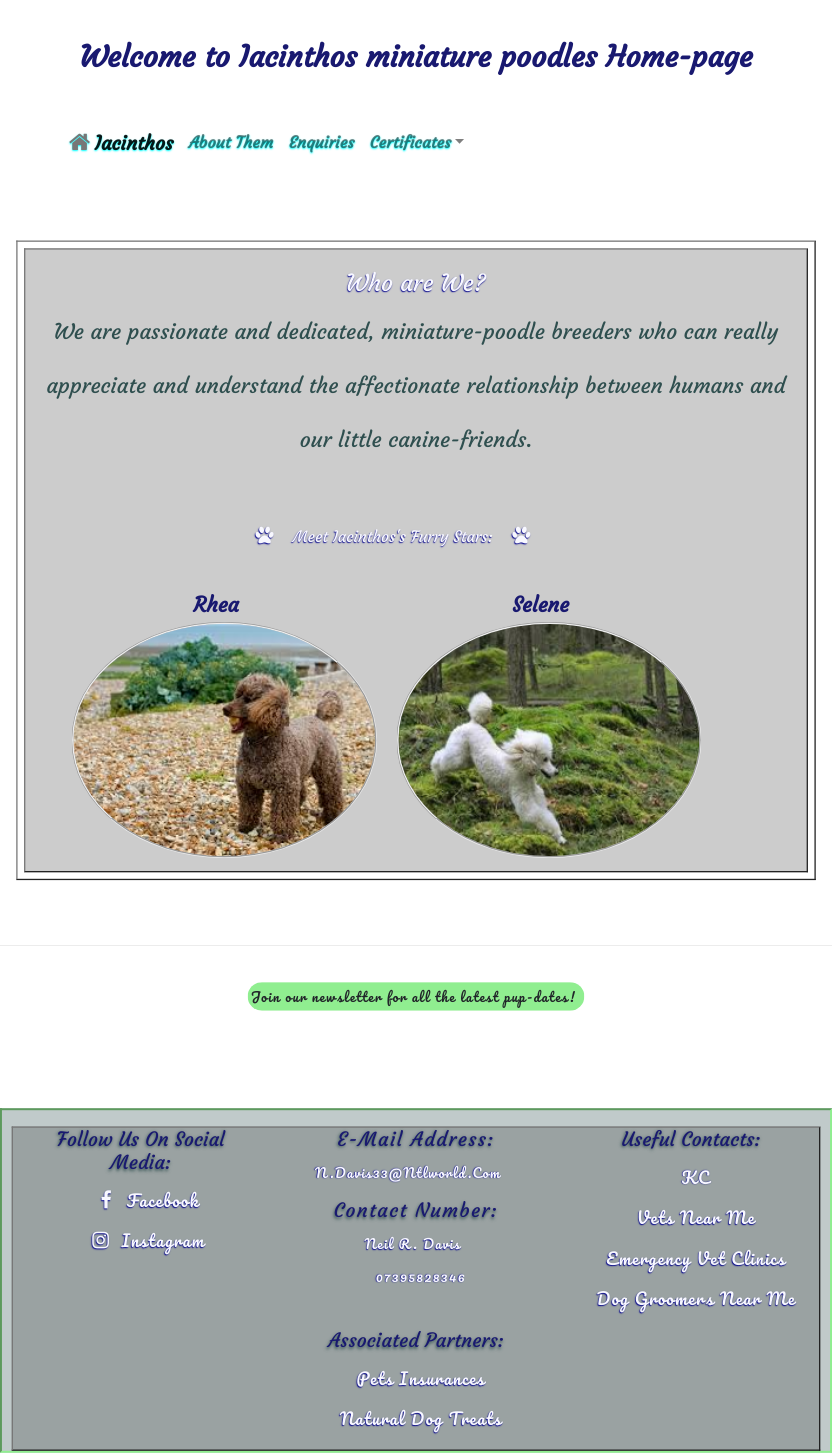
Repository: Code-Institute-Submissions/GeorgiosSklav-Iacinthos-blog
Page: index.html
The author's editor kept a record of every edit. The page is drawn from the files as they stood at one moment, then again after the next edit.
The browser window is 1280 px wide. The pictures show the whole page, at 65% of full size.

Above is the page before.

### index.html
<!DOCTYPE html>
<html lang="en">

<head>
    <meta charset="UTF-8">
    <meta name="viewport" content="width=device-width, initial-scale=1.0">
    <meta http-equiv="X-UA-Compatible" content="ie=edge">
    <link rel="stylesheet" href="https://stackpath.bootstrapcdn.com/bootstrap/4.3.1/css/bootstrap.min.css " integrity="sha384-ggOyR0iXCbMQv3Xipma34MD+dH/1fQ784/j6cY/iJTQUOhcWr7x9JvoRxT2MZw1T " crossorigin="anonymous">
    <title>Iacinthos mini Poodles</title>
    <link rel="stylesheet" href="https://stackpath.bootstrapcdn.com/font-awesome/4.7.0/css/font-awesome.min.css" integrity="sha384-wvfXpqpZZVQGK6TAh5PVlGOfQNHSoD2xbE+QkPxCAFlNEevoEH3Sl0sibVcOQVnN" crossorigin="anonymous">
    <link rel="stylesheet" href="style.css" type="text/css" />
</head>

<body>

    <!--Header-->

    <header class="container">
        <div class="row align-items-start homepage">
            <div class="col-12 logo">
                <h1>Welcome to Iacinthos miniature poodles Home-page</h1>
            </div>
        </div>
        <nav class="navbar navbar-light navbar-expand-sm">
            <div class="navbar-brand"><i class="fa fa-home"></i>Iacinthos</div>
            <button class="navbar-toggler ml-auto" type="button" data-toggle="collapse" data-target="#navbarNavDropdown" aria-controls="navbarNavDropdown">
            <span class="navbar-toggler-icon"></span></button>
            <div class="collapse navbar-collapse" id="navbarNavDropdown">
                <ul class="navbar-nav mt-auto mt-2 mt-lg-0">
                    <li class="nav-item item2 mr-2"><a class="nav-link" href="about-them.html">About Them</a></li>
                    <li class="nav-item mr-2"><a class="nav-link" href="request-form.html">Enquiries</a></li>
                    <li class="nav-item dropdown">
                        <div class="nav-link dropdown-toggle" id="navbarDropdownMenuLink" role="button" data-toggle="dropdown" aria-haspopup="true" aria-expanded="false">
                            Certificates</div>
                        <div class="dropdown-menu" aria-labelledby="navbarDropdownMenuLink">
                            <a class="dropdown-item" target="_blank" href="./Media/certificate.pdf"><i class="fa fa-download"></i>Kennel Club</a>
                            <a class="dropdown-item" target="_blank" href="./Media/lineage1.pdf"><i class="fa fa-download"></i>Blood-Lineage</a>
                        </div>
                    </li>
                </ul>
            </div>
        </nav>
    </header>

    <!--main-body-->

    <main>
        <div class="jumbotron-fluid about" id="frame">
            <div class="background-overlay">
                <div class="about">
                    <h3 class="about-title">Who are We?</h3>
                    <p>We are passionate and dedicated, miniature-poodle breeders who can really appreciate and understand the affectionate relationship between humans and our little canine-friends.</p>
                </div>

                <div class="container">
                    <div class="row introduction">
                        <div class="col-12 container-title capitalise">
                            <h4><i class="fa fa-paw" aria-hidden="true"></i>Meet Iacinthos's furry stars:<i class="fa fa-paw" aria-hidden="true"></i></h4>
                        </div>
                        <div class="col-10 offset-1 offset-sm-0 col-sm-6 offset-md-0 col-md-6">
                            <h5 class="dog-name">Rhea</h5>
                            <img src="./Media/photos/selene.jpg" class="img-50" alt="dog-white">
                        </div>
                        <div class="col-10 offset-1 offset-sm-0 col-sm-6 offset-md-0 col-md-6">
                            <h5 class="dog-name">Selene</h5>
                            <img src="./Media/photos/forest.jpg" class="img-50" alt="dog-brown">
                        </div>
                    </div>
                </div>
            </div>
        </div>
        <hr>

        <!--Modal-->

        <button type="button" class="btn btn-color" data-toggle="modal" data-target="#exampleModal">
  Join our newsletter for all the latest pup-dates!
</button>
        <div class="modal fade" id="exampleModal" tabindex="-1" role="dialog" aria-labelledby="exampleModalLabel" aria-hidden="true">
            <div class="modal-dialog" role="document">
                <div class="modal-content">
                    <div class="modal-header">
                        <h5 class="modal-title" id="exampleModalLabel">Join our family with a flick of your paw!</h5>
                        <button type="button" class="close" data-dismiss="modal" aria-label="Close">
                     <span aria-hidden="true">&times;</span>
        </button>
                    </div>
                    <div class="modal-body">
                        <form class="modal-newsletter">
                            <div class="form-group ">
                                <input type="email" class="form-control" id="InputEmail2" aria-describedby="InputEmail2" placeholder="Your Woof-mail....">
                            </div>
                            <div class="form-group">
                                <input type="password" class="form-control" id="InputPassword2" placeholder="....and a Woof-password">
                            </div>
                            <div class="form-group form-check">
                                <input type="checkbox" class="form-check-input" id="Check1">
                                <label class="form-check-label" for="Check1">Remember me</label>
                            </div>
                        </form>
                    </div>
                    <div class="modal-footer">
                        <button type="button" class="btn btn-danger" data-dismiss="modal">Close</button>
                        <button type="button" class="btn btn-info">Subscribe</button>
                    </div>
                </div>
            </div>
        </div>
    </main>

    <!--footer-->

    <footer class="container-fluid footer">
        <div class="background-overlay">
            <div class="row">
                <div class="col-12 col-md-3 col-lg-3">
                    <h4 class="social-title capitalise">Follow us on social media:</h4>
                    <ul class="social-links">
                        <li>
                            <a target="_blank" href="https://www.facebook.com/neil.davis.9862">
                            <i class="fa fa-facebook"></i>
                            <span>Facebook</span>
                        </a>
                        </li>
                        <li>
                            <a target="_blank" href="https://instagram.com/neilr.davis?igshid=wmi0mqp5d2se">
                            <i class="fa fa-instagram"></i>
                            <span>Instagram</span>
                        </a>
                        </li>
                    </ul>
                </div>
                 <div class="col-12 col-md-3 col-lg-3 contacts">
                    <h4 class="social-title capitalise">e-mail address:</h4>
                    <p class="capitalise social-links">
                        n.davis33@ntlworld.com
                    </p>
                    <h4 class="social-title capitalise">Contact number:</h4>
                    <ul class="social-links">
                        <li class="social-links capitalise">
                            neil r. davis
                        </li>
                        <li class="capitalise">
                            07395828346
                        </li>
                    </ul>
                </div>
                <div class="col-12 col-md-3 col-lg-3">
                    <h4 class="social-title capitalise">Useful contacts:</h4>
                    <ul class="social-links">
                        <li>
                            <a target="_blank" href="https://www.thekennelclub.org.uk/">
                            <span class="capitalise">KC</span>
                        </a>
                        </li>
                        <li>
                            <a target="_blank" href="https://www.google.com/search?q=vet+near+me&oq=vet+near&aqs=chrome.0.0j69i57j0l4.4119j0j7&sourceid=chrome&ie=UTF-8">
                            <span class="capitalise">Vets near me</span>
                        </a>
                        </li>
                        <li>
                            <a target="_blank" href="https://www.google.com/search?q=emergency+vet+clinic+near+me&oq=emergency+vet&aqs=chrome.4.69i57j0l5.15430j0j7&sourceid=chrome&ie=UTF-8">
                            <span class="capitalise">Emergency vet clinics</span>
                        </a>
                        </li>
                        <li>
                            <a target="_blank" href="https://www.google.com/search?q=dog+groomer+near+me&oq=dog+groomer&aqs=chrome.1.69i57j0l5.4790j0j7&sourceid=chrome&ie=UTF-8">
                            <span class="capitalise">Dog groomers near me</span>
                        </a>
                        </li>
                    </ul>
                </div>
                <div class="col-12 col-md-3 col-lg-3">
                    <h4 class="social-title capitalise">Associated partners:</h4>
                    <ul class="social-links">
                        <li>
                            <a target="_blank" href="https://www.google.com/search?q=pet+insurance+near+me&oq=pet+ins&aqs=chrome.2.0j69i57j0l4.6094j0j7&sourceid=chrome&ie=UTF-8">
                            <span class="capitalise">pets insurances</span>
                        </a>
                        </li>
                        <li>
                            <a target="_blank" href="https://www.doglistener.co.uk/catalog/natural-dog-treats-0">
                            <span class="capitalise">natural dog treats</span>
                        </a>
                        </li>
                    </ul>
                </div>

            </div>
        </div>
    </footer>

    <script src="https://code.jquery.com/jquery-3.3.1.slim.min.js" integrity="sha384-q8i/X+965DzO0rT7abK41JStQIAqVgRVzpbzo5smXKp4YfRvH+8abtTE1Pi6jizo" crossorigin="anonymous"></script>
    <script src="https://cdnjs.cloudflare.com/ajax/libs/popper.js/1.14.7/umd/popper.min.js" integrity="sha384-UO2eT0CpHqdSJQ6hJty5KVphtPhzWj9WO1clHTMGa3JDZwrnQq4sF86dIHNDz0W1" crossorigin="anonymous"></script>
    <script src="https://stackpath.bootstrapcdn.com/bootstrap/4.3.1/js/bootstrap.min.js" integrity="sha384-JjSmVgyd0p3pXB1rRibZUAYoIIy6OrQ6VrjIEaFf/nJGzIxFDsf4x0xIM+B07jRM" crossorigin="anonymous"></script>
</body>

</html>

### style.css
@import url('https://fonts.googleapis.com/css?family=Courgette:100,200,300,400,500,600,700|Pacifico:100,200,300,400,500,600,700');

/*------------------------------------------------body background*/

body {
    line-height: 2.5;
    text-align: center;
}

.background-overlay {
    position: relative;
    height: 100%;
    width: 100%;
    padding: 0;
    background-color: rgba(0, 0, 0, 0.2);
    border: 2px outset #777;
}

h1 {
    font-family: "Courgette", sans-serif;
    font-weight: 700;
    font-size: 45px;
    color: #191970;
    margin-top: 35px;
    margin-bottom: 5px;
    padding-top: 25px;
}

.heading {
    margin: 25px;
}

.capitalise {
    text-transform: capitalize;
}

/*------------------------------------------------Navbar*/

.navbar {
    word-wrap: normal;
   margin-bottom: 100px;
   margin-top: 50px;
}

.navbar-light {
    font-family: 'Courgette', sans-serif;
    font-weight: 600;
    font-size: 25px;
    text-shadow: 0px 2px 3px #00ffff;
}

.nav-link {
margin: 0;
 right:0;
 bottom: 0;
 color: #fff;
}

.nav-link:hover {
    background-color: rgba(120, 0, 50, .1);
}
.dropdown {
    margin-left: 0;
    padding: 0;
}
.dropdown-menu {
    background-color: #a9a9a9;
    font-weight: 600;
    font-size: 20px;
 padding:0;
}

.dropdown-menu ul li:hover {
    background-color: #a9a9a9;
}

.ml-auto {
    background-color: #a9a9a9;
}

.navbar i {
    font-size: 35px;
    padding-top: 0;
    padding-bottom: 5px;
    padding-right: 2px;
    margin: 5px;
    color: #777;
}

.navbar-brand {
    font-size: 30px;
}

.fa-download {
    margin-right: 2px;
    margin-left: 2px;
}

.fa-download:hover {
    color: #fff;
}

/*------------------------------------------Media queries*/

@media (max-width: 300px) {
    .ml-auto:hover {
        background-color: #777;
    }
    .dropdown-item:hover {
        background-color: #777;

    }
    #navbarNavDropdown {
        background-color: #a9a9a9;
    }


    #navbarNavDropdown ul li:hover {
        background-color: #90ee90;
    }
}



@media (max-width: 3800px) {
    .dropdown-menu {
        background-color: rgba(120, 0, 50, .3);

    }
    .dropdown-item:hover {
        background-color: #777;
        color: #fff;
    }
    .col-lg-3 {
        flex: 30%;
        max-width: 100%;
    }
}

/*------------------------------------------------Homepage*/

.homepage a {
    text-decoration: none;
    height: 100%;
}

.introduction {
    height: 90%;
    width: 90%;
}

.img-10 {
    float: left;
    width: 15%;
    border-radius: 50%;
    border: groove #777;
}

.img-20 {
    float: right;
    width: 20%;
    border-radius: 50%;
    border: groove #777;
    margin: 2px;
}

.img-30 {
    float: left;
    width: 30%;
    border: groove #777;
    margin: 2px;
}

.img-50 {
    margin-left: 25px;
    margin-bottom: 20px;
    width: 100%;
    float: none;
    border-style: groove;
    border-radius: 50%;
}

/*--------------------------------------------texts,p*/

.container-title {
    text-align: center;
    margin: 35px;
    font-family: "Courgette", sans-serif;
    color: #f8f8ff;
    text-shadow: -1px 1px 2px #00008b;
}

.container-title i {
    font-size: 30px;
    padding: 15px;
    margin: 15px;
}

.dog-name {
    font-family: "Courgette", sans-serif;
    font-weight: 700;
    font-size: 32px;
    margin-left: 25px;
    color: #191970;
}

/*----------------------------------------about us section*/

.about {
    margin: 25px;
    font-family: "Courgette", sans-serif;
    font-size: 33px;
    color: #2f4f4f;
}

.about .about-title {
    color: #f8f8ff;
    text-shadow: -1px 1px 2px #00008b;
    font-size: 36px;
    padding: 5px 2px;
}

#frame {
    border: 2px outset #777;
    font-size: 33px;
    margin-top: 45px;
    margin-bottom: 100px;
    padding: 10px;
    font-weight: 200;
    background-color: #fff;
}

/*----------------------------------------newsletter button*/

.btn-color {
    background-color: #90ee90;
    font-family: "Pacifico", sans-serif;
    font-size: 20px;
    letter-spacing: 2px;
    margin: 40px 25px 150px;
    padding-left: 4px;
    border-radius: 50px;
}

.btn-color:hover {
    color: #90ee90;
    background-color: #777;
}

/*----------------------------------------Modal styling*/

.modal-title {
    font-family: "Pacifico", sans-serif;
    font-size: 25px;
    margin: 10px 5px;
}

.modal-content {
    background-color: #90ee90;
    text-shadow: -3px 2px 0.5px #ffefd5;
    color: #777;
}

.modal-footer .btn-danger,
.btn-info {
    margin-right: 20px;
}

.modal-body {
    padding: 0 15px 0 15px;
    top: 5px;
    bottom: 0;
    margin-top: 10px;
}


/*----------------------------------------footer*/

.footer {
    border: 3px inset #90ee90;
    background-color: rgba(47, 79, 79, .3);
    padding-top: 25px;
    margin: 0 5px 0 0;
    text-align: center;
    display: run-in;
}


.contacts .social-title {
    font-family: "Courgette", sans-serif;
    font-size: 30px;
    font-weight: 400;
    letter-spacing: 2px;
    color: #191970;
}


.social-links {
    list-style: none;
    padding-right: 25px;
    font-family: "Pacifico", sans-serif;
    color: #f8f8ff;
    font-size: 20px;
    font-weight: 300;
    letter-spacing: 2px;
    text-shadow: -1px 1px 2px #00008b;
}

.social-links li a {
    text-decoration: none;
    font-family: "Pacifico", sans-serif;
    font-size: 25px;
    font-weight: 400;
    letter-spacing: 2px;
    color: #f8f8ff;
    text-shadow: -1px 1px 2px #00008b;
}

.social-links li a:hover {
    color: #90ee90;
}

.social-links li i {
    font-size: 30px;
    height: 45px;
    width: 45px;
}

.social-title {
    word-break: keep-all;
    margin-left: 50px;
    margin-right: 50px;
    font-size: 30px;
    font-family: "Courgette", sans-serif;
    color: #191970;
    text-shadow: -1px 2px 5px #2f4f4f;
}

.contact-heading {
    font-family: "Courgette", sans-serif;
    font-weight: 300;
    margin-top: 25px;
    margin-bottom: 20px;
}

.form-control {
    font-size: 20px;
    background-color: #90ee90;
}

.control {
    background-color: #90ee90;
}

.center-form {
    padding: 15px 5px 10px;
    margin: 15px auto;
    max-width: 80%;
}

button[type="submit"] {
    margin-bottom: 20px;
    margin-top: 13px;
    color: #90ee90;
    background-color: #777;
}

button[type="submit"]:hover {
    background-color: #90ee90;
    color: #777;
}

After the next edit:
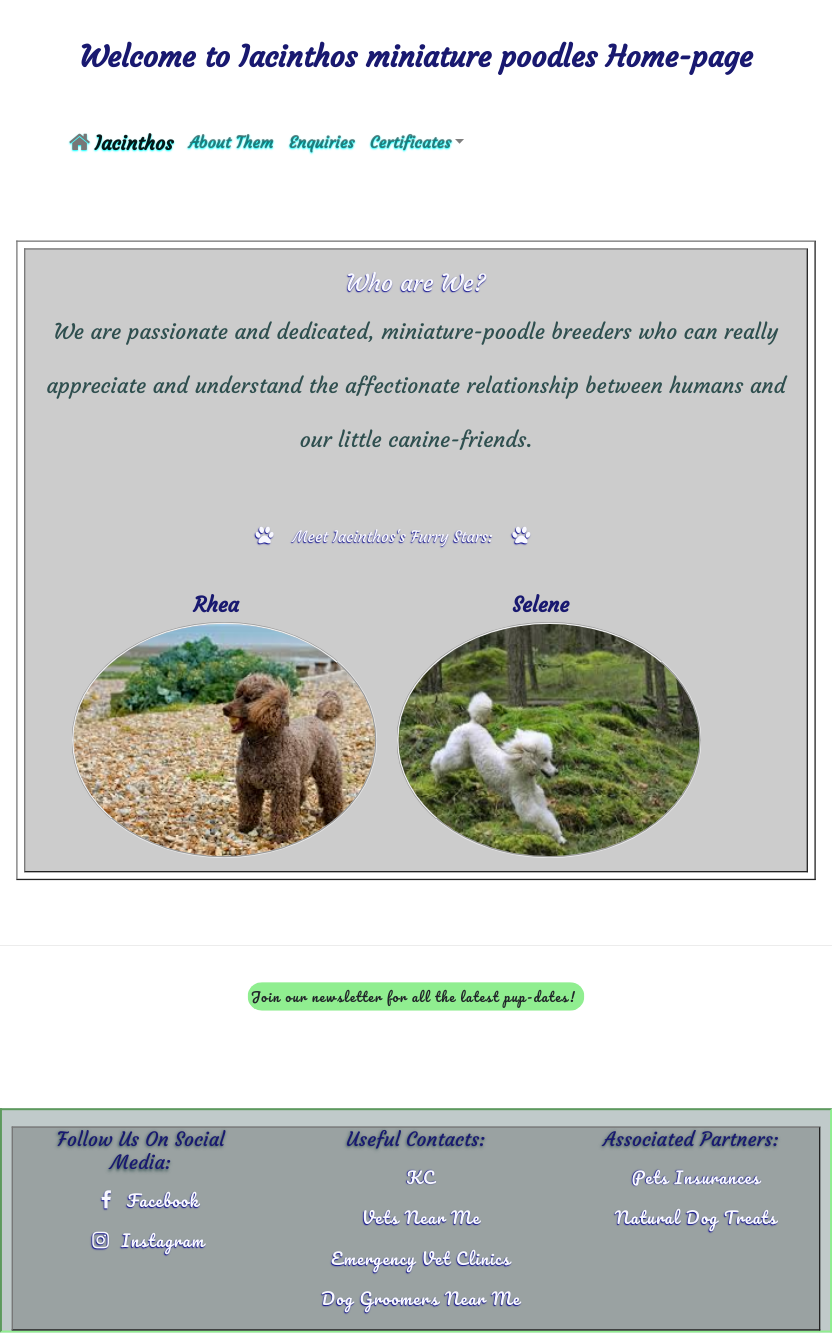
The edit:
--- a/index.html
+++ b/index.html
@@ -130,21 +130,6 @@
                         </li>
                     </ul>
                 </div>
-                 <div class="col-12 col-md-3 col-lg-3 contacts">
-                    <h4 class="social-title capitalise">e-mail address:</h4>
-                    <p class="capitalise social-links">
-                        n.davis33@ntlworld.com
-                    </p>
-                    <h4 class="social-title capitalise">Contact number:</h4>
-                    <ul class="social-links">
-                        <li class="social-links capitalise">
-                            neil r. davis
-                        </li>
-                        <li class="capitalise">
-                            07395828346
-                        </li>
-                    </ul>
-                </div>
                 <div class="col-12 col-md-3 col-lg-3">
                     <h4 class="social-title capitalise">Useful contacts:</h4>
                     <ul class="social-links">
